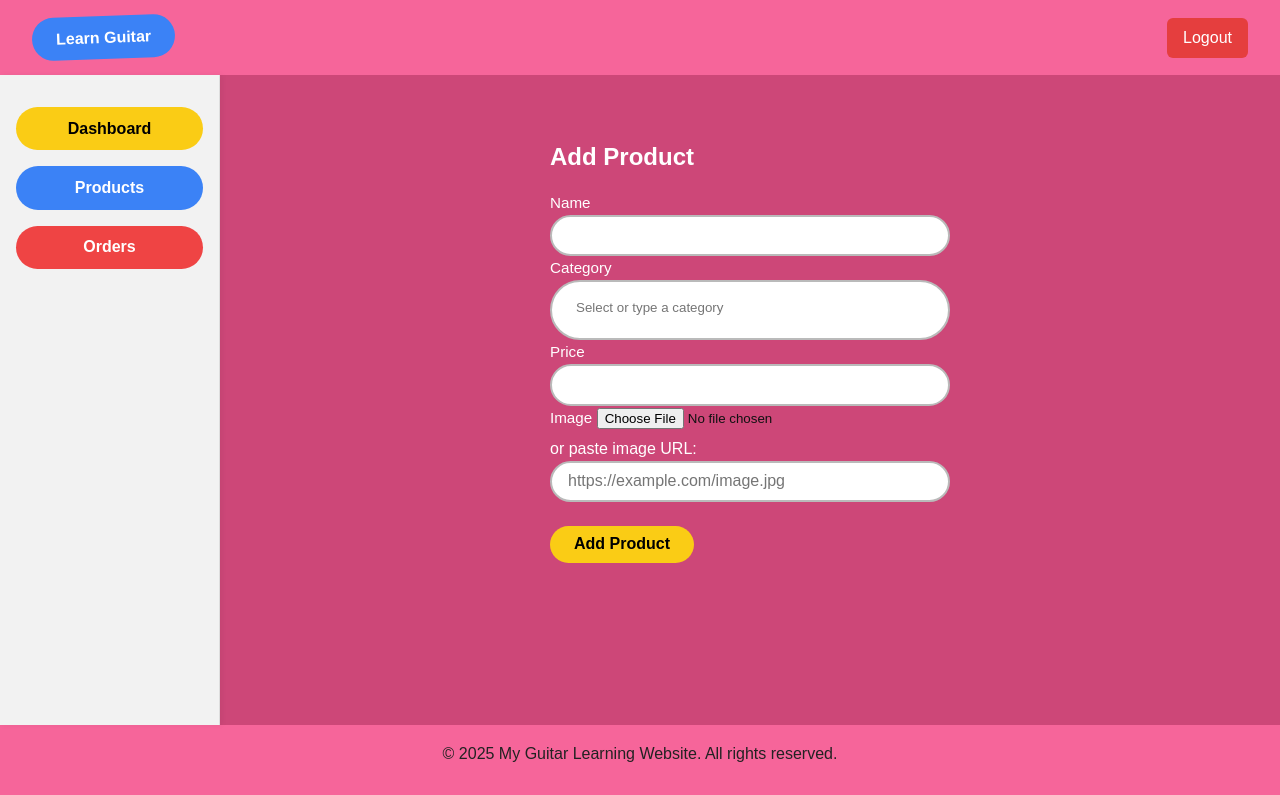
Repository: rywkoo/LearnGuitar
Page: templates/admin/addproduct.html
These files come from the project's save history. The page is drawn as it stood at one moment and after the next save; the edit follows.
The browser window is 1280 px wide. The pictures show the whole page.
The page is served by the project's application, run on Flask 3 (app.py). Other server files are loaded and not shown. The template is opened directly, without the code that normally fills it, so the values that code supplies are empty.

Above is the page before, as saved 2025-08-25 22:40:44.

### templates/admin/addproduct.html
{% extends "admin/admin_master.html" %}

{% block main_content %}


<style>
.custom-dropdown {
  position: relative;
  width: 100%;
  height: 60px;
}

.custom-dropdown input {
  width: 100%;
  padding: 0.5rem;
  border-radius: 8px;
  border: 1px solid #ccc;
}

.dropdown-list {
  position: absolute;
  top: 100%;
  left: 0;
  right: 0;
  background: #fff;
  max-height: 150px;
  overflow-y: auto;
  border: 1px solid #ccc;
  border-radius: 8px;
  display: none;
  margin-top: 2px;
  z-index: 10;
}

.dropdown-list li {
  padding: 0.5rem;
  cursor: pointer;
}

.dropdown-list li:hover {
  background: #f0f0f0;
}

.dropdown-list li.other {
  font-style: italic;
  color: #555;
}
</style>


<div style="width: 400px; margin: 2rem auto;">
    <h2 style="color: white; margin-bottom: 1rem;">Add Product</h2>

    <form id="addProductForm" method="POST" enctype="multipart/form-data">
        <!-- Name -->
        <div class="mb-3">
            <label style="color: white;">Name</label>
            <input class="input" type="text" name="name" required>
        </div>

        <!-- Category -->
        <div class="mb-3">
            <label style="color: white;">Category</label>
            <div class="custom-dropdown input">
                <input
                    type="text"
                    id="categoryInput"
                    name="category"
                    placeholder="Select or type a category"
                    autocomplete="off"
                    value="{{ product['category'] if product else '' }}"
                    required
                    style="
                        background-color: white;
                        color: black;
                        border: none;
                        outline: none;
                        box-shadow: none;
                    "
                >

                <ul class="dropdown-list" id="categoryList">
                    {% for cat in categories %}
                        <li>{{ cat }}</li>
                    {% endfor %}
                    <li class="other">Other...</li>
                </ul>
            </div>
        </div>


        <!-- Price -->
        <div class="mb-3">
            <label style="color: white;">Price</label>
            <input class="input" type="number" name="price" required>
        </div>

        <!-- Image -->
        <div class="mb-3">
            <label style="color: white;">Image</label>
            <input type="file" name="image_file" accept="image/*" style="margin-bottom: 0.5rem;">
            <br>
            <span style="color: white;">or paste image URL:</span>
            <input class="input" type="text" name="image_url" placeholder="https://example.com/image.jpg">
        </div>

        <!-- Submit -->
    </br>
        <button class="btn btn-primary" type="submit">Add Product</button>
    </form>
</div>

<!-- Success Modal -->
<div id="successModal" style="
    display: none;
    position: fixed;
    inset: 0;
    background: rgba(0,0,0,0.5);
    justify-content: center;
    align-items: center;
    z-index: 999;
">
    <div style="
        background: #fff;
        padding: 2rem;
        border-radius: 12px;
        text-align: center;
        width: 300px;
    ">
        <div style="font-size: 3rem; color: green;">✔️</div>
        <h3>New Product Added!</h3>
    </div>
</div>

<script>
const form = document.getElementById('addProductForm');
const modal = document.getElementById('successModal');

form.addEventListener('submit', function(event) {
    event.preventDefault(); // Prevent default form submission

    const formData = new FormData(form);

    fetch(form.action || window.location.href, {
        method: 'POST',
        body: formData
    })
    .then(res => {
        if (res.ok) {
            // Show modal
            modal.style.display = 'flex';

            // Redirect to product list after 1.5s
            setTimeout(() => {
                window.location.href = "{{ url_for('admin_products') }}";
            }, 1500);
        } else {
            res.text().then(txt => alert('Error adding product: ' + txt));
        }
    })
    .catch(err => {
        console.error(err);
        alert('Error adding product.');
    });
});
</script>

<script>
const input = document.getElementById('categoryInput');
const list = document.getElementById('categoryList');

input.addEventListener('focus', () => {
  list.style.display = 'block';
});

input.addEventListener('input', () => {
  const value = input.value.toLowerCase();
  Array.from(list.children).forEach(li => {
    li.style.display = li.textContent.toLowerCase().includes(value) ? 'block' : 'none';
  });
});

Array.from(list.children).forEach(li => {
  li.addEventListener('click', () => {
    if (li.classList.contains('other')) {
      input.value = '';
      input.focus();
    } else {
      input.value = li.textContent;
    }
    list.style.display = 'none';
  });
});

document.addEventListener('click', e => {
  if (!e.target.closest('.custom-dropdown')) {
    list.style.display = 'none';
  }
});
</script>
{% endblock %}

### templates/admin/admin_master.html
<!DOCTYPE html>
<html lang="en">
<head>
  <meta charset="UTF-8">
  <title>{% block title %}My Flask App{% endblock %}</title>
  {% include "css.html" %}
</head>
<body style="margin:0; font-family: sans-serif;">

  <!-- ===== Navbar ===== -->
  <nav style="padding: 1rem 2rem; display: flex; justify-content: space-between; align-items: center; background: #f6659a; color:white;">
    <a href="/" class="btn btn-secondary btn-lg" style="transform: rotate(-2deg);">Learn Guitar</a>
    <div class="nav-links" style="display: flex; gap:5px;">
      <a href="/logout" style="padding: 0.5rem 1rem; background: #e53e3e; color:white; border-radius: 6px; text-decoration:none;">Logout</a>
    </div>
  </nav>

  <!-- ===== Layout Wrapper ===== -->
  <div style="display: flex; min-height: calc(100vh - 70px);">

    <!-- ===== Sidebar ===== -->
    <aside style="
      width: 220px;
      background: #f2f2f2;
      padding: 2rem 1rem;
      border-right: 1px solid #ddd;
      box-shadow: 2px 0 6px rgba(0,0,0,0.05);
    ">
      <nav style="display: flex; flex-direction: column; gap: 1rem;">
        <a class="btn btn-primary" href="/admin" >Dashboard</a>
        <a class="btn btn-secondary" href="/admin/products" >Products</a>
        <a class="btn btn-danger" href="/admin/orders" >Orders</a>
      </nav>
    </aside>

    <!-- ===== Main Content ===== -->
    <main style="flex: 1; padding: 2rem;">
      {% block main_content %}
      <!-- Page content will go here -->
      {% endblock %}
    </main>

  </div>

  <!-- ===== Footer ===== -->
  <footer style="text-align: center; padding: 1rem 1rem; background: #f6659a; color:white; border-top: 1px solid #f6659a;">
    <p>&copy; 2025 My Guitar Learning Website. All rights reserved.</p>
  </footer>

  {% include "script.html" %}

  <script src="https://unpkg.com/vue@3/dist/vue.global.js"></script>
</body>
</html>

### templates/css.html
<!-- css.html -->
<link rel="stylesheet" href="{{ url_for('static', filename='css/btn.css') }}">
<link rel="stylesheet" href="{{ url_for('static', filename='css/card.css') }}">
<link rel="stylesheet" href="{{ url_for('static', filename='css/input.css') }}">
<link rel="stylesheet" href="{{ url_for('static', filename='css/typography.css') }}">
<link rel="stylesheet" href="{{ url_for('static', filename='css/style.css') }}">
<link rel="stylesheet" href="{{ url_for('static', filename='css/animation.css') }}">
<link rel="stylesheet" href="{{ url_for('static', filename='css/lesson.css') }}">
<link rel="stylesheet" href="{{ url_for('static', filename='css/shop.css') }}">

### templates/script.html
<script src="https://cdn.jsdelivr.net/npm/sweetalert2@11"></script>
<script>
  // ===== Background Slider =====
  (function() {
    const bgSlider = document.querySelector('.hero-left .hero-bg-slider');
    if (!bgSlider) return; // Exit if element doesn't exist

    const images = [
      'https://www.uk-anime.net/images/bocchimain.png',
      'https://www.cnet.com/a/img/resize/3b4b3e192a9d75bd060ba4debe8d13a14caef990/hub/2024/07/06/b6981ace-771d-4971-8a9e-60e8c83bc66e/bocchi-the-rock-photo-1.jpg?auto=webp&fit=crop&height=900&width=1200',
      'https://www.uk-anime.net/images/bocchimain.png',
      'https://www.cnet.com/a/img/resize/3b4b3e192a9d75bd060ba4debe8d13a14caef990/hub/2024/07/06/b6981ace-771d-4971-8a9e-60e8c83bc66e/bocchi-the-rock-photo-1.jpg?auto=webp&fit=crop&height=900&width=1200'
    ];

    let current = 0;

    function changeBackground() {
      bgSlider.style.backgroundImage = `url(${images[current]})`;
      current = (current + 1) % images.length;
    }

    changeBackground();
    setInterval(changeBackground, 5000);
  })();
</script>

<script>
  // ===== Quantity Adjust =====
  function adjustQty(delta) {
    const input = document.getElementById('quantityInput');
    if (!input) return; // Exit if element doesn't exist

    let value = parseInt(input.value);
    if (!isNaN(value)) {
      input.value = Math.max(1, value + delta);
    }
  }
</script>

### app.py
from flask import Flask, render_template, request, redirect, url_for, flash, session, jsonify
from flask_mail import Mail, Message
import json
import requests
from datetime import date
from dotenv import load_dotenv
import os
from reportlab.lib.pagesizes import letter
from reportlab.pdfgen import canvas

app = Flask(__name__)
app.secret_key = "741e4fa4-f067-4aec-b48d-deb18e9cca92"

import route

@app.route("/components")
def components():
    return render_template("component.html")

if __name__ == "__main__":
    app.run(debug=True)

### static/css/btn.css
.btn {
  display: inline-block;
  padding: 0.6rem 1.5rem;
  border-radius: 9999px;  /* fully rounded */
  border: none;
  cursor: pointer;
  font-weight: 600;
  text-decoration: none;
  transition: background 0.2s, box-shadow 0.2s;
  font-size: 1rem;

  /* Add shadow */
/* flat shadow downwards */
}

/* Optional: hover effect (slightly stronger shadow) */
.btn:hover {
  box-shadow: 0 3px 0 #45454576;
}

/* Primary: Yellow bg, black text */
.btn-primary {
  background: #facc15;
  color: #000;
}

/* Secondary: Blue bg, white text */
.btn-secondary {
  background: #3b82f6;
  color: #fff;
}

/* Danger: Red bg, white text */
.btn-danger {
  background: #ef4444;
  color: #fff;
}

### static/css/card.css
/* ===== Base Card Component ===== */
.card {
  border-radius: 16px;       /* rounded corners */
  padding: 1.5rem;
  margin-bottom: 1.5rem;
  transition: box-shadow 0.3s, transform 0.2s;
  color: #111;               /* default text color */
  box-shadow: 0 4px 0 #888888; /* default flat shadow */
}

.card:hover {
  transform: translateY(-2px);
  box-shadow: 0 6px 0 #888888; /* slightly longer shadow on hover */
}

/* ===== Card Variants ===== */

/* Primary - Pink */
.card-pink {
  background: #f6659a;       /* light pink */
  box-shadow: 0 4px 0 #d35c7f;
}
.card-pink:hover {
  box-shadow: 0 6px 0 #af4d6b;
}

/* Secondary - Yellow */
.card-yellow {
  background: #facc15;       /* yellow */
  box-shadow: 0 4px 0 #d4a90f;
}
.card-yellow:hover {
  box-shadow: 0 6px 0 #e0b01a;
}

/* Danger/Accent - Blue */
.card-blue {
  background: #3b82f6;       /* blue */
  color: #fff;               /* white text for contrast */
  box-shadow: 0 4px 0 #2563eb;
}
.card-blue:hover {
  box-shadow: 0 6px 0 #1d4ed8;
}

/* Card header */
.card h2 {
  font-size: 1.25rem;
  margin-bottom: 0.8rem;
}

/* Card paragraph/text */
.card p {
  font-size: 1rem;
}

### static/css/input.css
/* ===== Input Fields ===== */
* {
  margin: 0;
  padding: 0;
  box-sizing: border-box; /* ensures padding is included in width */
}


.input {
  width: 100%;
  padding: 0.6rem 1rem;
  border: 2px solid #bababa;   /* gray border matching shadow */
  border-radius: 9999px;       /* fully rounded, like buttons */
  background: #ffffff;         /* very light pink background */
  font-size: 1rem;
  outline: none;
  transition: border-color 0.2s, box-shadow 0.2s;
  color: #111;                 /* dark text */
}

### static/css/typography.css
/* ===== Global Text Settings ===== */
body {
  font-family: 'Segoe UI', Tahoma, Geneva, Verdana, sans-serif;
  color: #111;       /* dark text for readability */
  line-height: 1.5;
  background: #fffafc; /* subtle light background */
}

/* ===== Headings ===== */
h1 {
  font-size: 2rem;
  font-weight: 700;
  margin-bottom: 1rem;
  color: #111;
}

h2 {
  font-size: 1.5rem;
  font-weight: 600;
  margin-bottom: 0.8rem;
  color: #111;
}

h3 {
  font-size: 1.25rem;
  font-weight: 500;
  margin-bottom: 0.6rem;
  color: #111;
}

/* ===== Paragraphs ===== */
p {
  font-size: 1rem;
  margin-bottom: 0.8rem;
  color: #222;  /* slightly lighter than headings */
}

/* ===== Labels ===== */
label {
  font-size: 0.95rem;
  font-weight: 500;
  color: #111;
}

/* ===== Links ===== */
a {
  text-decoration: none;
  transition: color 0.2s;
}

a:hover {
  text-decoration: none;
}

/* ===== Small Text ===== */
small {
  font-size: 0.85rem;
  color: #ffffff;
}

/* ===== Button Text ===== */
.btn {
  font-family: inherit; /* use same font as body */
  font-weight: 600;
  font-size: 1rem;
  text-align: center;
}

### static/css/style.css
body {
    background-color: #cd4778;
}

### static/css/animation.css

/* Animate background position horizontally */
@keyframes slideBg {
  0% { background-position: 0% center; }
  25% { background-position: 100% center; }
  50% { background-position: 200% center; }
  75% { background-position: 300% center; }
  100% { background-position: 400% center; }
}

### static/css/lesson.css
/* ===== Lesson Cards ===== */
.lesson-card {
  display: flex;
  align-items: center;
  gap: 1rem;
  padding: 1rem 1.5rem;
  border-radius: 16px;
  box-shadow: 0 4px 0 #888888; /* flat shadow downward */
  background: #fff;
  transition: transform 0.2s, box-shadow 0.2s;
}

.lesson-card:hover {
  transform: translateY(-3px);
  box-shadow: 0 6px 0 #666666;
}

/* Lesson image on the left */
.lesson-image img {
  width: 100px;
  height: 100px;
  object-fit: cover;
  border-radius: 8px;
}

/* Title in the middle */
.lesson-title {
  flex: 1;
  font-size: 1.2rem;
  color: #111;
}

/* Button on the right */
.lesson-action .btn {
  padding: 0.5rem 1.2rem;
  font-size: 1rem;
}

/* Optional: responsive for small screens */
@media (max-width: 600px) {
  .lesson-card {
    flex-direction: column;
    align-items: flex-start;
  }
  .lesson-action {
    width: 100%;
    margin-top: 0.5rem;
  }
}

### static/css/shop.css
/* ===== Shop Container ===== */

.hidden-card {
    display: none !important;
}

.shop-container {
  display: flex;
  gap: 2rem;
  padding: 2rem;
  max-width: 1400px;    /* limit width */
  margin: 0 auto;       /* center horizontally */
  box-sizing: border-box;
}

/* ===== Shop Sidebar ===== */
.shop-sidebar {
  width: 400px;
  flex-shrink: 0;
  background: #f5f5f5;
  padding: 1.5rem;
  border-radius: 16px;
  box-shadow: 0 4px 0 #ccc;
  display: flex;
  flex-direction: column;
  gap: 1.5rem;
  position: sticky;
  top: 1rem;
  height: fit-content;
}

/* Sidebar headings */
.shop-sidebar h3 {
  font-size: 1.1rem;
  font-weight: 600;
  color: #111;
  margin-bottom: 0.5rem;
}

/* Inputs inside sidebar */
.shop-sidebar input[type="text"],
.shop-sidebar input[type="checkbox"] {
  margin-bottom: 0.5rem;
}

/* Checkbox labels */
.shop-sidebar label {
  display: flex;
  align-items: center;
  gap: 0.5rem;
  font-size: 0.9rem;
  color: #111;
  cursor: pointer;
}

/* Filter button */
.shop-sidebar .btn-filter {
  background: #3b82f6;
  color: #fff;
  padding: 0.6rem 1rem;
  border-radius: 12px;
  font-weight: 600;
  border: none;
  cursor: pointer;
  transition: background 0.2s, box-shadow 0.2s;
}
.shop-sidebar .btn-filter:hover {
  background: #2563eb;
  box-shadow: 0 3px 0 #666;
}

/* ===== Shop Products Grid ===== */
.shop-products {
  display: grid;
  grid-template-columns: repeat(auto-fill, minmax(250px, 1fr));
  gap: 1rem;
  flex: 1;
}

/* ===== Shop / Instrument Card ===== */
.shop-card {
  display: flex;
  flex-direction: column;
  align-items: center;
  gap: 0.5rem;
  padding: 1rem;
  border-radius: 16px;
  box-shadow: 0 4px 0 #888;
  background: #fff;
  transition: transform 0.2s, box-shadow 0.2s;
}
.shop-card:hover {
  transform: translateY(-3px);
  box-shadow: 0 6px 0 #666;
}

/* Category badge */
.shop-card .shop-category {
  padding: 0.2rem 0.6rem;
  border-radius: 12px;
  background-color: #facc15;
  color: #111;
  font-size: 0.8rem;
  font-weight: 600;
  text-transform: uppercase;
}

/* Instrument image */
.shop-card img {
  width: 100%;
  aspect-ratio: 1 / 1;
  object-fit: cover;
  border-radius: 12px;
}

/* Instrument title */
.shop-card .shop-title {
  font-size: 1.1rem;
  font-weight: 600;
  text-align: center;
  color: #111;
}

/* Price */
.shop-card .shop-price {
  font-size: 1rem;
  font-weight: 500;
  color: #444;
}

/* Add to Cart button */
.shop-card .btn-add {
  padding: 0.5rem 1rem;
  margin-top: 0.5rem;
  width: 100%;
  text-align: center;
  border-radius: 12px;
}

/* ===== Responsive adjustments ===== */
@media (max-width: 992px) {
  .shop-container {
    flex-direction: column;
  }

  .shop-sidebar {
    width: 100%;
    position: relative;
    top: auto;
    box-shadow: none;
    border-radius: 0;
    padding: 1rem 0;
  }

  .shop-products {
    grid-template-columns: repeat(auto-fill, minmax(200px, 1fr));
  }
}

After the next save:
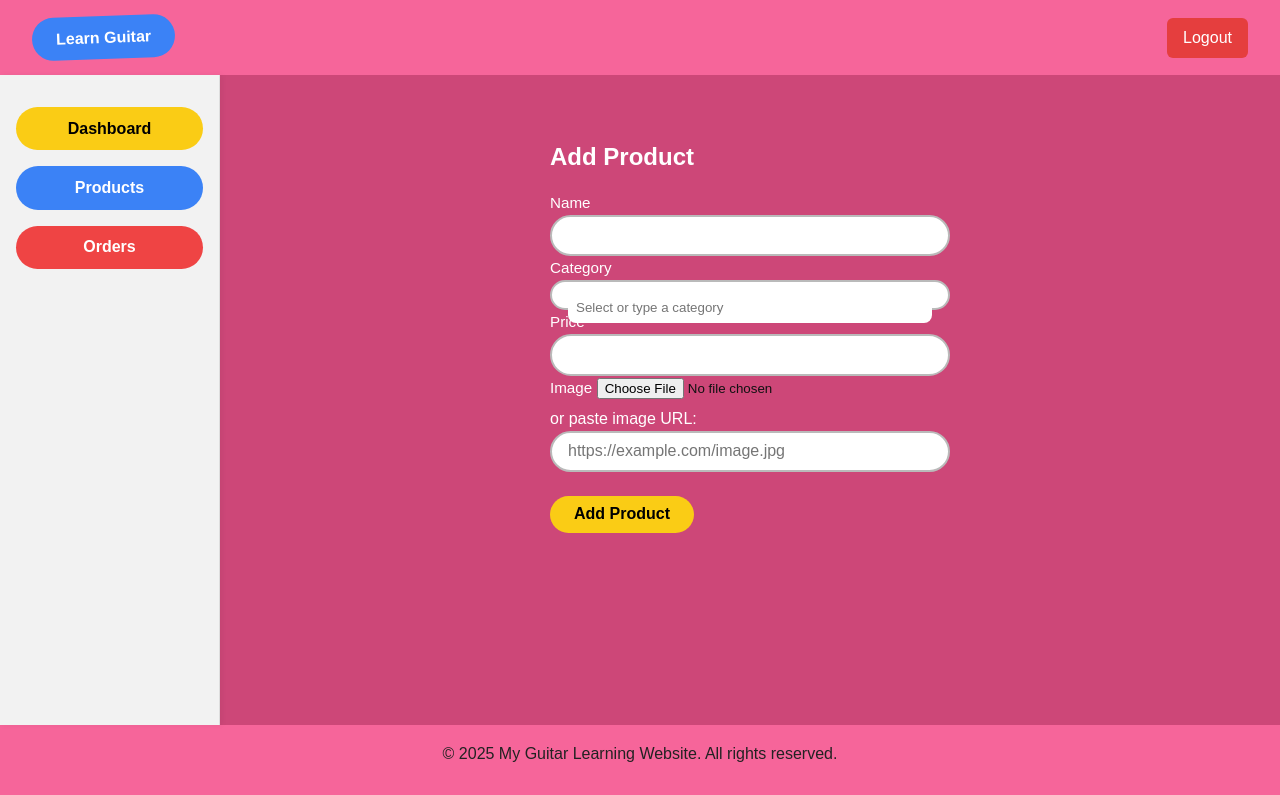
Saved 5 s later.
--- a/templates/admin/addproduct.html
+++ b/templates/admin/addproduct.html
@@ -7,7 +7,7 @@
 .custom-dropdown {
   position: relative;
   width: 100%;
-  height: 60px;
+  height: 30px;
 }
 
 .custom-dropdown input {
